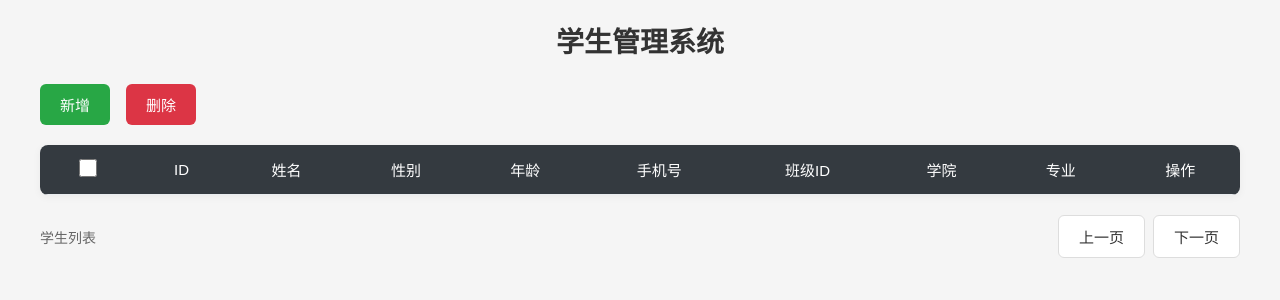
Repository: Nikawali/StudentManage
Page: src/main/webapp/index.html
These files come from the project's save history. The page is drawn as it stood at one moment and after the next save; the edit follows.
The browser window is 1280 px wide. The pictures show the whole page.
The page's requests for data from a server got no answer.

Above is the page before, as saved 2026-06-01 17:52:44.

After the next save:
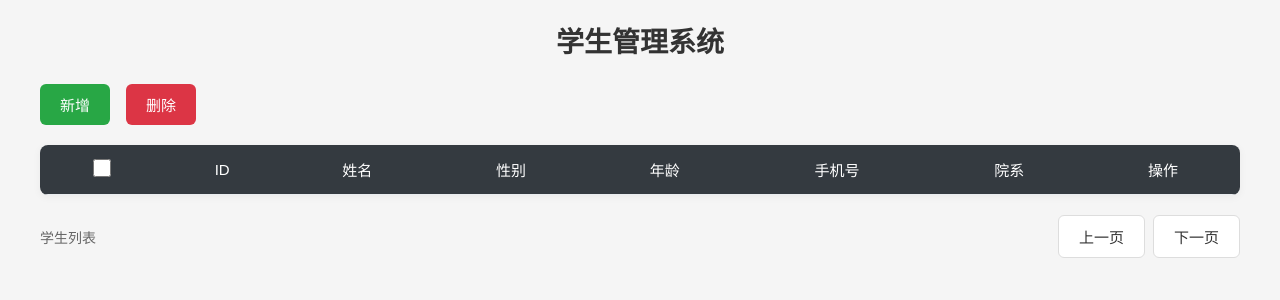
Saved 15 h 38 min later.
--- a/src/main/webapp/index.html
+++ b/src/main/webapp/index.html
@@ -3,6 +3,7 @@
 
 <head>
     <meta charset="UTF-8">
+    <meta name="viewport" content="width=device-width, initial-scale=1.0">
     <title>学生管理系统</title>
     <link rel="stylesheet" href="style.css">
 </head>
@@ -16,6 +17,7 @@
     </h1>
 
     <div class="btn-group">
+
         <button class="btn add-btn">
             新增
         </button>
@@ -23,6 +25,7 @@
         <button class="btn delete-btn">
             删除
         </button>
+
     </div>
 
     <div class="table-wrapper">
@@ -32,24 +35,36 @@
             <thead>
 
             <tr>
+
+                <!-- 全选框 -->
                 <th>
-                    <input type="checkbox">
+                    <input
+                            type="checkbox"
+                            id="selectAll"
+                    >
                 </th>
 
                 <th>ID</th>
+
                 <th>姓名</th>
+
                 <th>性别</th>
+
                 <th>年龄</th>
+
                 <th>手机号</th>
-                <th>班级ID</th>
-                <th>学院</th>
-                <th>专业</th>
+
+                <th>院系</th>
+
                 <th>操作</th>
+
             </tr>
 
             </thead>
 
             <tbody id="studentBody">
+
+            <!-- JS动态生成 -->
 
             </tbody>
 
--- a/src/main/webapp/script.js
+++ b/src/main/webapp/script.js
@@ -20,47 +20,47 @@ function loadStudents() {
 
             result.data.forEach(student => {
 
-                html += `
-                    <tr>
+   html += `
+<tr>
 
-                        <td>
-                            <input type="checkbox">
-                        </td>
+    <td>
+        <input
+            type="checkbox"
+            class="row-checkbox"
+            data-id="${student.id}"
+        >
+    </td>
 
-                        <td>${student.id}</td>
+    <td>${student.id}</td>
 
-                        <td>${student.name}</td>
+    <td>${student.name}</td>
 
-                        <td>${student.gender}</td>
+    <td>${student.gender}</td>
 
-                        <td>${student.age}</td>
+    <td>${student.age}</td>
 
-                        <td>${student.phone}</td>
+    <td>${student.phone}</td>
 
-                        <td>${student.classId}</td>
+    <td>${student.department || ""}</td>
 
-                        <td>${student.college}</td>
+    <td>
 
-                        <td>${student.major}</td>
+        <a href="#" class="operate-link">
+            查看
+        </a>
 
-                        <td>
+        <a href="#" class="operate-link">
+            编辑
+        </a>
 
-                            <a href="#" class="operate-link">
-                                查看
-                            </a>
+        <a href="#" class="operate-link">
+            删除
+        </a>
 
-                            <a href="#" class="operate-link">
-                                编辑
-                            </a>
+    </td>
 
-                            <a href="#" class="operate-link">
-                                删除
-                            </a>
-
-                        </td>
-
-                    </tr>
-                `;
+</tr>
+`;
             });
 
             document.getElementById("studentBody").innerHTML =
@@ -76,3 +76,43 @@ function loadStudents() {
 
         });
 }
+
+function bindCheckboxEvent() {
+
+    const selectAll =
+        document.getElementById("selectAll");
+
+    const rowCheckboxes =
+        document.querySelectorAll(".row-checkbox");
+
+    // 全选
+    selectAll.onchange = function () {
+
+        rowCheckboxes.forEach(item => {
+
+            item.checked =
+                selectAll.checked;
+
+        });
+
+    };
+
+    // 单个选择
+    rowCheckboxes.forEach(item => {
+
+        item.onchange = function () {
+
+            const checkedCount =
+                document.querySelectorAll(
+                    ".row-checkbox:checked"
+                ).length;
+
+            selectAll.checked =
+                checkedCount ===
+                rowCheckboxes.length;
+
+        };
+
+    });
+
+}
